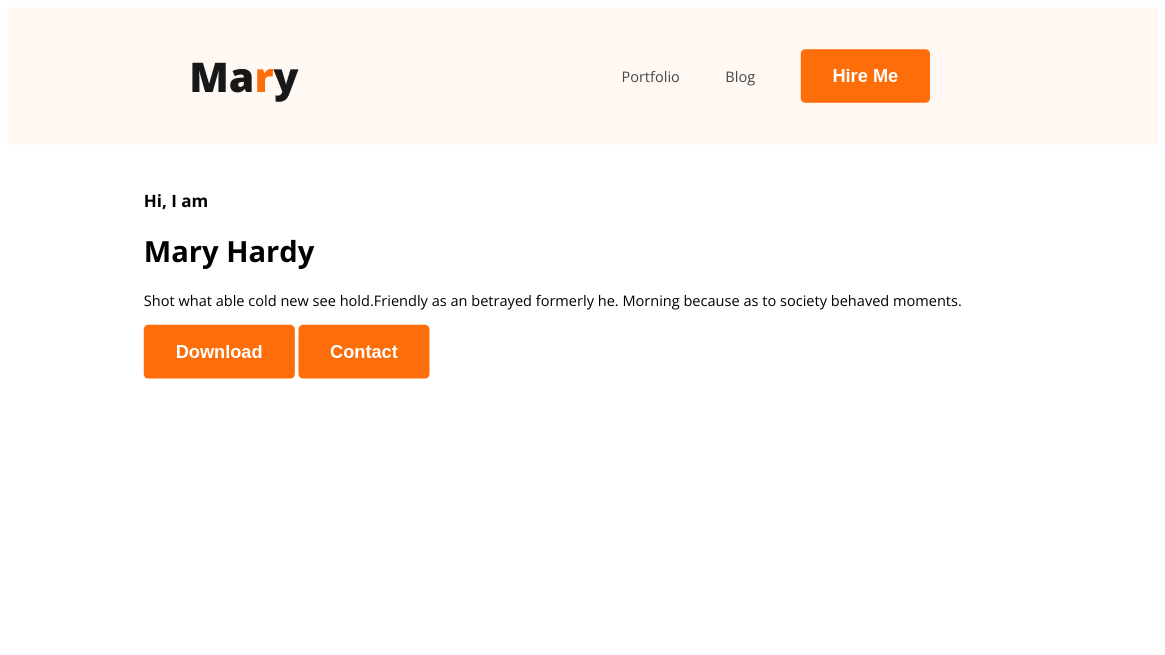
Repository: ShouravAhammed/Simple-Portfolio-Webpage
Page: index.html
The author's editor kept a copy of each file at every save. The page is drawn from the files as they stood at one save, then again after the next save.
The browser window is 1280 px wide. The pictures show the whole page, at 91% of full size.

Above is the page before, as saved 2024-01-06 00:29:19.

### index.html
<!DOCTYPE html>
<html lang="en">
<head>
    <meta charset="UTF-8">
    <meta name="viewport" content="width=device-width, initial-scale=1.0">
    <title>Mary</title>
    <link rel="stylesheet" href="index.css">
</head>
<body>
    <header class="header">
        <nav>
            <h3 class="nav-title">Ma<span class="text-primary">r</span>y</h3>
            <ul class="navber">
                <li><a href="">Portfolio</a></li>
                <li><a href="">Blog</a></li>
                <li><button class="btn-primary">Hire Me</button></li>
            </ul>
        </nav>
    </header>
    <div class="banner">
        <div>
            <h3 class="banner-greeting">Hi, I  am</h3>
            <h1 class="banner-title">Mary Hardy</h1>
            <p>Shot what able cold new see hold.Friendly as an betrayed formerly he. Morning because as to society behaved moments.</p>
            <button class="btn-primary">Download</button>
            <button class="btn-primary">Contact</button>
        </div>
    </div>
    <main>

    </main>
    <footer>

    </footer>
</body>
</html>

### index.css
@import url('https://fonts.googleapis.com/css2?family=Lato:ital,wght@0,100;0,300;0,400;0,700;0,900;1,100;1,300;1,400;1,700;1,900&display=swap');
@import url('https://fonts.googleapis.com/css2?family=Open+Sans:ital,wght@0,300;0,400;0,500;0,600;0,700;0,800;1,300;1,400;1,500;1,600;1,700;1,800&display=swap');
/* google fonts import */
ul, ol{
    list-style: none;
}
body{
    font-family: 'Open Sans', sans-serif;
}
.text-primary{
    color: #FD6E0A;
}
.btn-primary{
    border-radius: 5px;
    color: #fff;
    background: #FD6E0A;
    font-size: 20px;
    font-weight: 700;
    padding: 18px 35px;
    border: 0;
}
/* header related style */
.header{
    background: #FFF8F3;
}
/* nav related style */
nav{
    display: flex;
    justify-content: space-between;
    align-items: center;
    margin: 0 200px;
}
.nav-title{
    color: #181818;
    font-size: 45px;
    font-weight: 800;
}
nav > ul{
    display: flex;
    align-items: center;
}
nav li{
    margin-right: 50px;
}
nav a{
    text-decoration: none;
    color: #474747;
}
.banner{
    background-image: url();
    padding: 30px 30px 30px 150px;
}

After the next save:
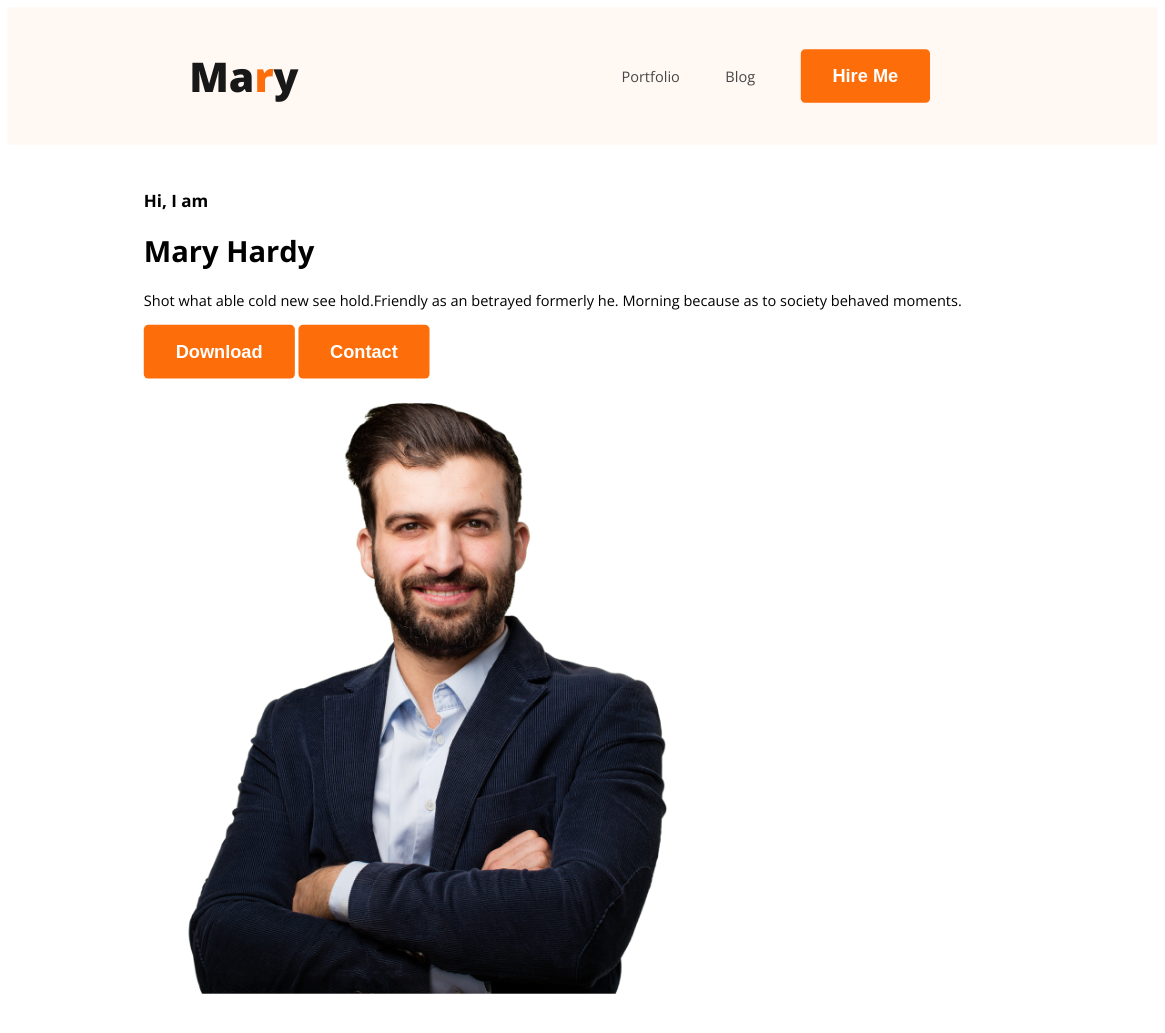
Saved 3 min 8 s later.
--- a/index.html
+++ b/index.html
@@ -25,6 +25,7 @@
             <button class="btn-primary">Download</button>
             <button class="btn-primary">Contact</button>
         </div>
+        <img src="images/hardy.png" alt="">
     </div>
     <main>
 
